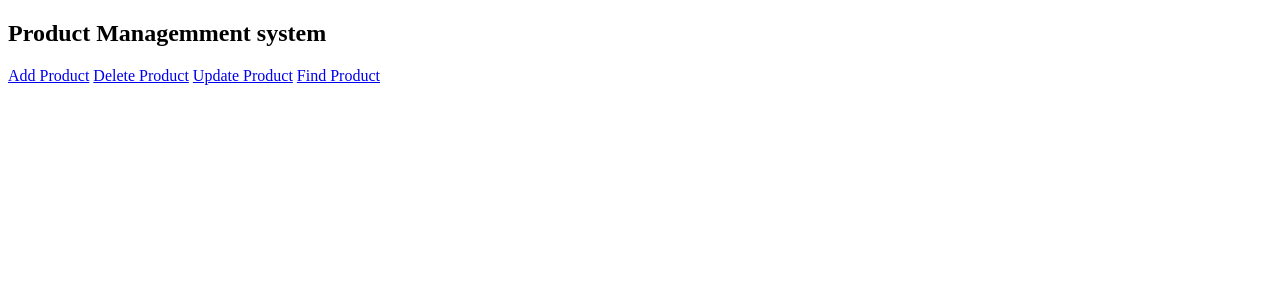
Repository: uaganesh/training
Page: ServletWithHibernate/src/main/webapp/index.html
These files come from the project's save history. The page is drawn as it stood at one moment and after the next save; the edit follows.
The browser window is 1280 px wide. The pictures show the whole page.

Above is the page before, as saved 2022-08-10 11:24:59.

### ServletWithHibernate/src/main/webapp/index.html
<!DOCTYPE html>
<html>
<head>
<meta charset="ISO-8859-1">
<title>Insert title here</title>
</head>
<body>
<h2> Product Managemment system</h2>
<a href="storeProduct.html">Add Product</a>
<a href="deleteProduct.html">Delete Product</a>
<a href="updateProduct.html">Update Product</a>
<a href="findProduct.html">Find Product</a>
</body>
</html>

After the next save:
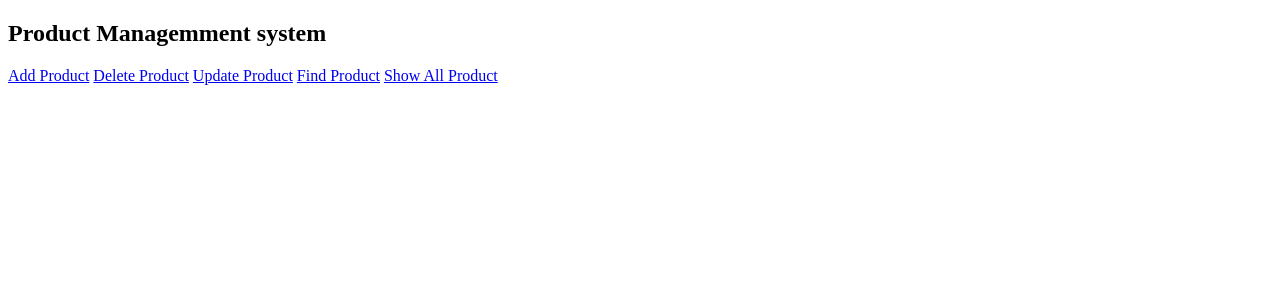
Saved 2 min 19 s later.
--- a/ServletWithHibernate/src/main/webapp/index.html
+++ b/ServletWithHibernate/src/main/webapp/index.html
@@ -10,5 +10,6 @@
 <a href="deleteProduct.html">Delete Product</a>
 <a href="updateProduct.html">Update Product</a>
 <a href="findProduct.html">Find Product</a>
+<a href="RetrieveProductDetails">Show All Product</a>
 </body>
 </html>
